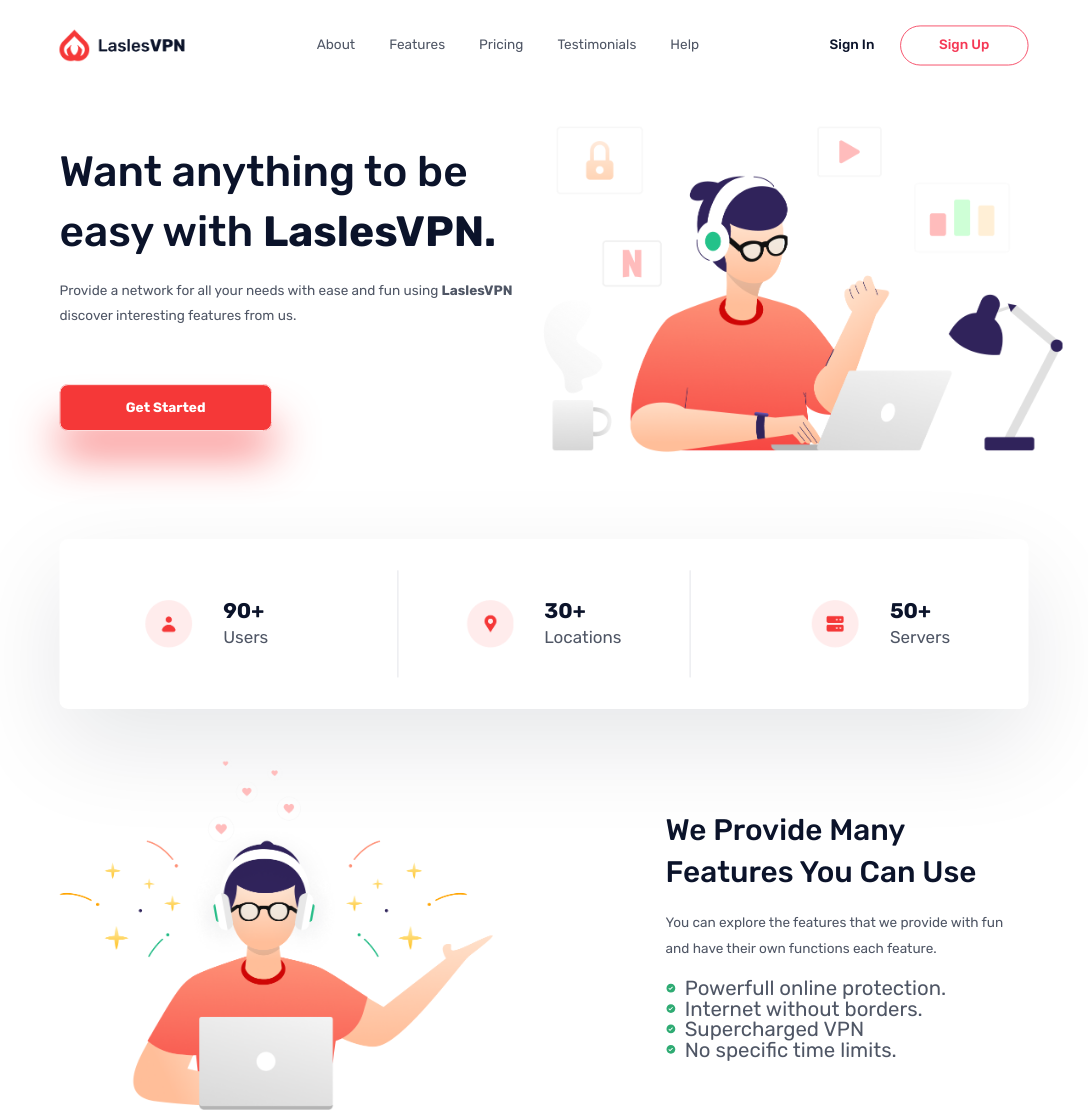
Repository: thefellowshiplotr/lasles_recode
Page: index.html
An editor plug-in stored every save of this project. The page is shown before and after the next save, followed by the edit.
The browser window is 1280 px wide. The pictures show the whole page, at 85% of full size.
The style sheet was rebuilt from its Sass, Less or Tailwind sources for each picture, by a compiler version that may differ from the author's.

Above is the page before, as saved 2022-10-28 15:20:14.

After the next save:
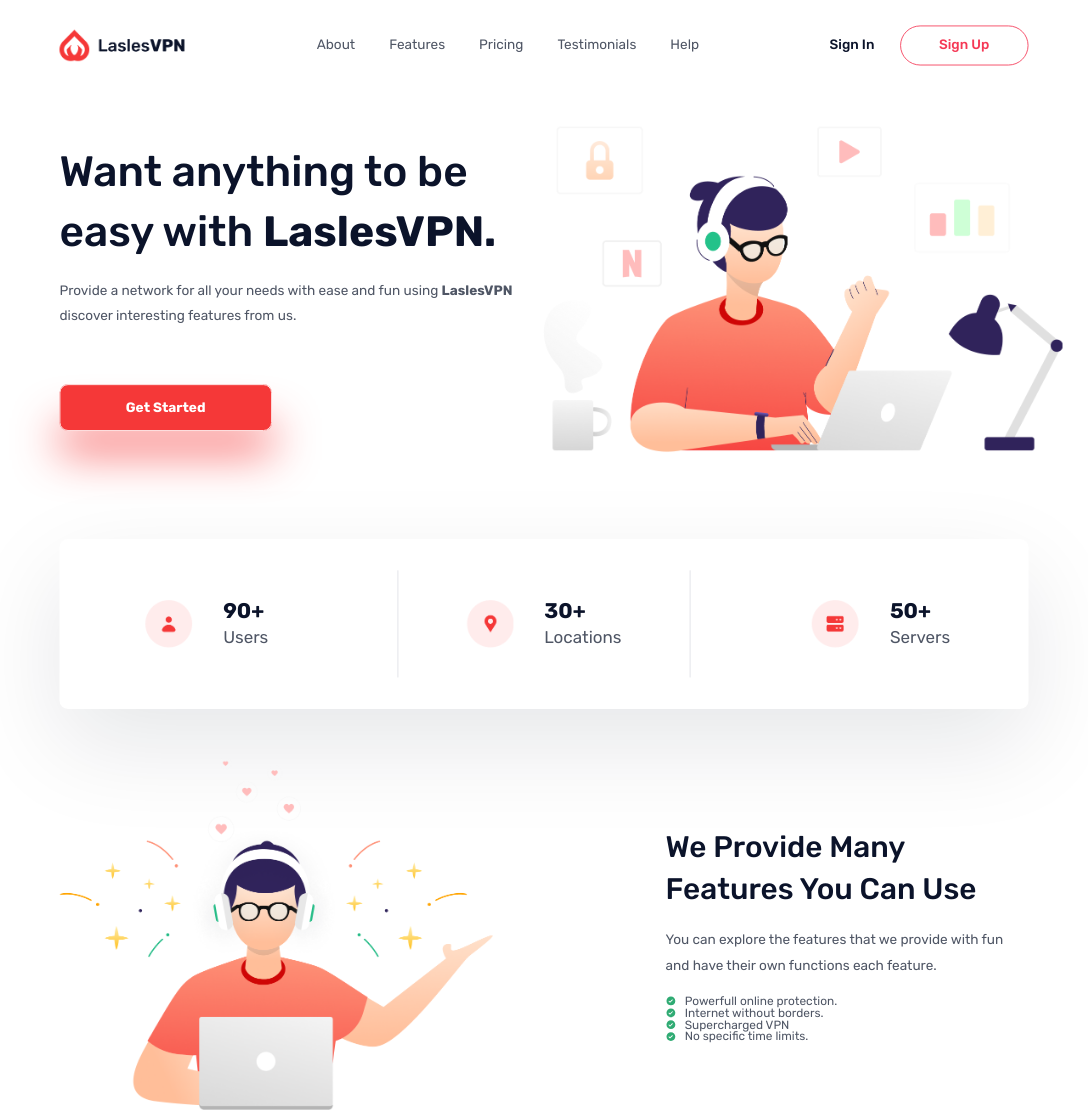
Saved 18 s later.
--- a/sass/_feature.scss
+++ b/sass/_feature.scss
@@ -24,6 +24,6 @@
     justify-content: flex-start;
     align-items: center;
     gap: 0 10px;
-    font-size: 24px;
+    font-size: 14px;
   }
 }
